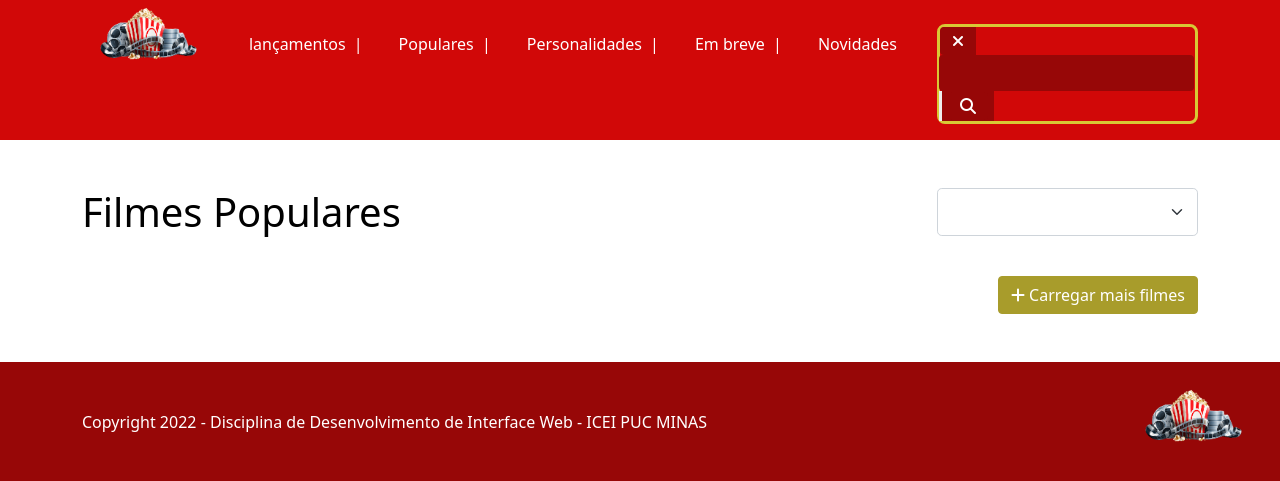
Repository: PedroH-Santos/portalFilmes-Html-JS
Page: Trabalho01-Web/pesquisa.html
The author's editor kept a copy of each file at every save. The page is drawn from the files as they stood at one save, then again after the next save.
The browser window is 1280 px wide. The pictures show the whole page.
The page's requests for data from a server got no answer. Some web libraries are served in a nearby version.

Above is the page before, as saved 2022-06-09 19:40:07.
Console error (its wording comes from the project's code and is left out).

After the next save:
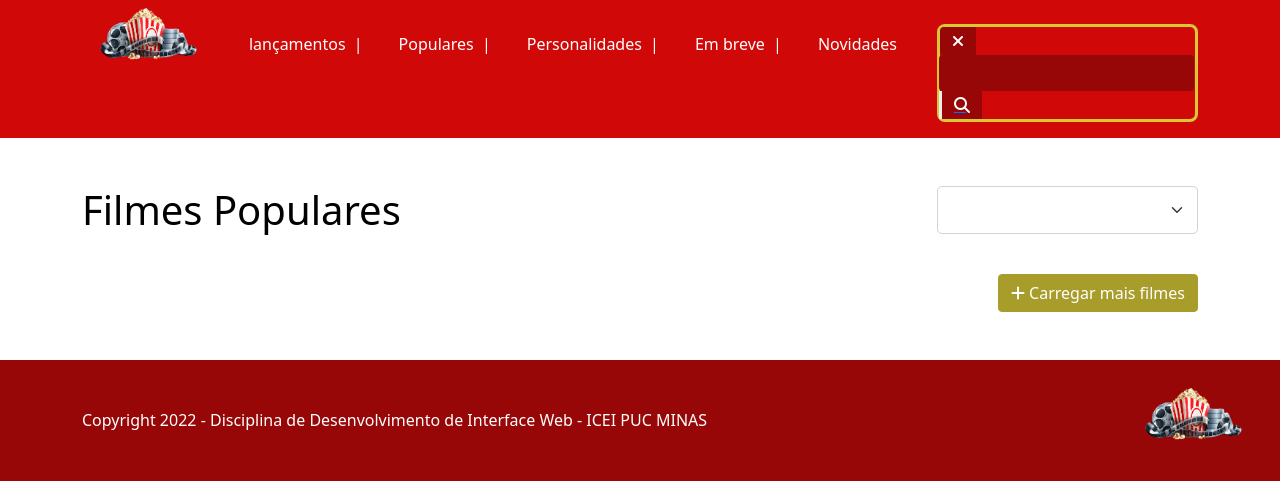
Saved 43 s later.
--- a/Trabalho01-Web/pesquisa.html
+++ b/Trabalho01-Web/pesquisa.html
@@ -57,9 +57,9 @@
                         <form action="pesquisa.html" method="get">
                             <input type="text" class="form-control" name="search" aria-label="Amount (to the nearest dollar)">
                         </form>
-                        <button type="button" class="searchButton">
+                        <a href="#" class="searchButton">
                             <span class="input-group-text input-search"><i class="fas fa-search"></i></span>
-                        </button>
+                        </a>
 
 
                     </div>
